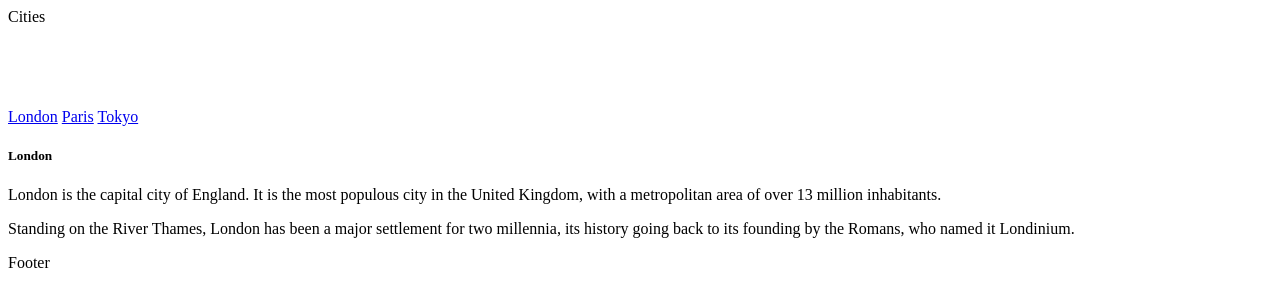
Repository: Tan-Khang21/TH_TKW--Buoi_06
Page: Bai_Tap_Tren_lop/Bai_01/LayoutCSS1.html
The author's editor kept a copy of each file at every save. The page is drawn from the files as they stood at one save, then again after the next save.
The browser window is 1280 px wide. The page is 1288 px wide, so the pictures cover 1288 px, including what lies to the right of the window. The pictures show the whole page.

Above is the page before, as saved 2024-03-11 19:40:43.

### Bai_Tap_Tren_lop/Bai_01/LayoutCSS1.html
<!DOCTYPE html>
<html lang="en">
  <head>
    <meta charset="UTF-8" />
    <meta name="viewport" content="width=device-width, initial-scale=1.0" />
    <title>Document</title>
    <link rel="stylesheet" href="style.css" />
  </head>
  <body>
    <div class="title">Cities</div>
    <nav class="navigation">
      <a href="#">London</a>
      <a href="#">Paris</a>
      <a href="#">Tokyo</a>
    </nav>
    <div class="Article">
      <h5>London</h5>
      <p>
        London is the capital city of England. It is the most populous city in
        the United Kingdom, with a metropolitan area of over 13 million
        inhabitants.
      </p>
      <p>
        Standing on the River Thames, London has been a major settlement for two
        millennia, its history going back to its founding by the Romans, who
        named it Londinium.
      </p>
    </div>
    <footer>Footer</footer>
  </body>
</html>

### Bai_Tap_Tren_lop/Bai_01/style.css
body {
  width: 100%;
}
.title {
  height: 100px;
  background-color: ;
}

After the next save:
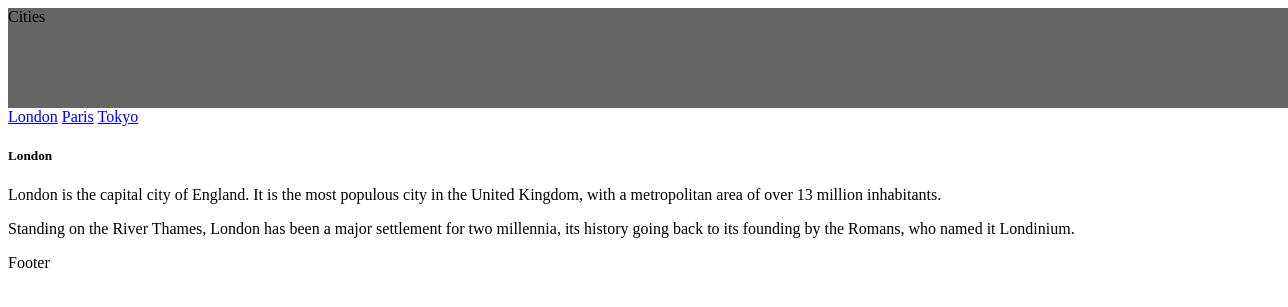
Saved 12 s later.
--- a/Bai_Tap_Tren_lop/Bai_01/style.css
+++ b/Bai_Tap_Tren_lop/Bai_01/style.css
@@ -3,5 +3,5 @@ body {
 }
 .title {
   height: 100px;
-  background-color: ;
+  background-color: #666666;
 }
